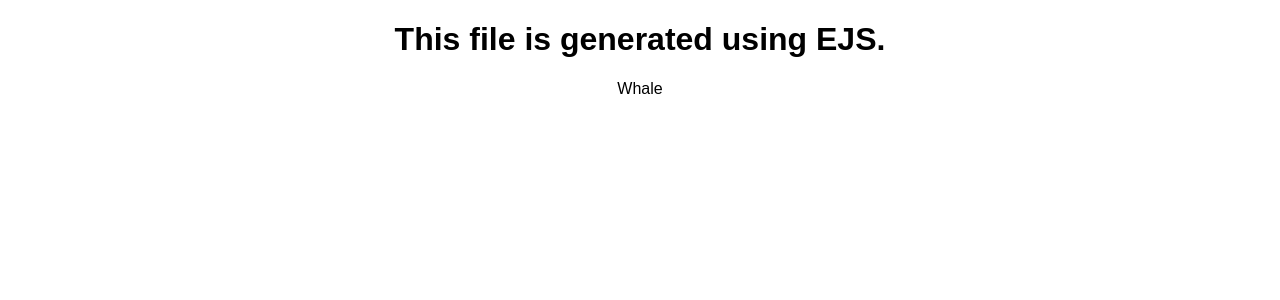
Repository: prattrv/WMDD-4925-W3
Page: http://localhost/view-test
The author's editor kept a record of every edit. The page is drawn from the files as they stood at one moment, then again after a run of edits.
The browser window is 1280 px wide. The pictures show the whole page.
The page is served by the project's Node server (app.js).

Above is the page before.

After the next 3 edits:
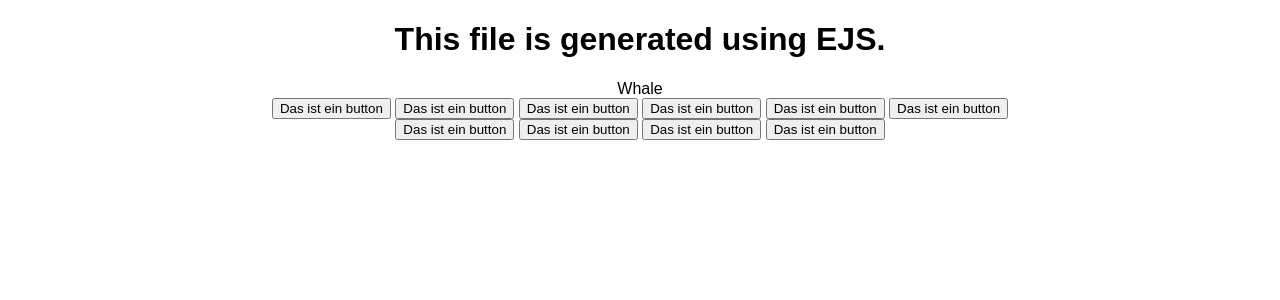
The 3 edits are shown as one change because 2 did not build or start.
The edit:
--- a/views/view-test.ejs
+++ b/views/view-test.ejs
@@ -11,10 +11,11 @@
     <h1>This file is generated using EJS.</h1>
     <p>
         <%- animal %>
-        <% for(let i = 0; i < 10; i ++) {
+        <br>
+        <% for(let i = 0; i < 10; i ++) { %>
+               <button>Das ist ein button</button>
+        <% } %>
 
-            }
-        %>
     </p>
 </body>
 </html>
